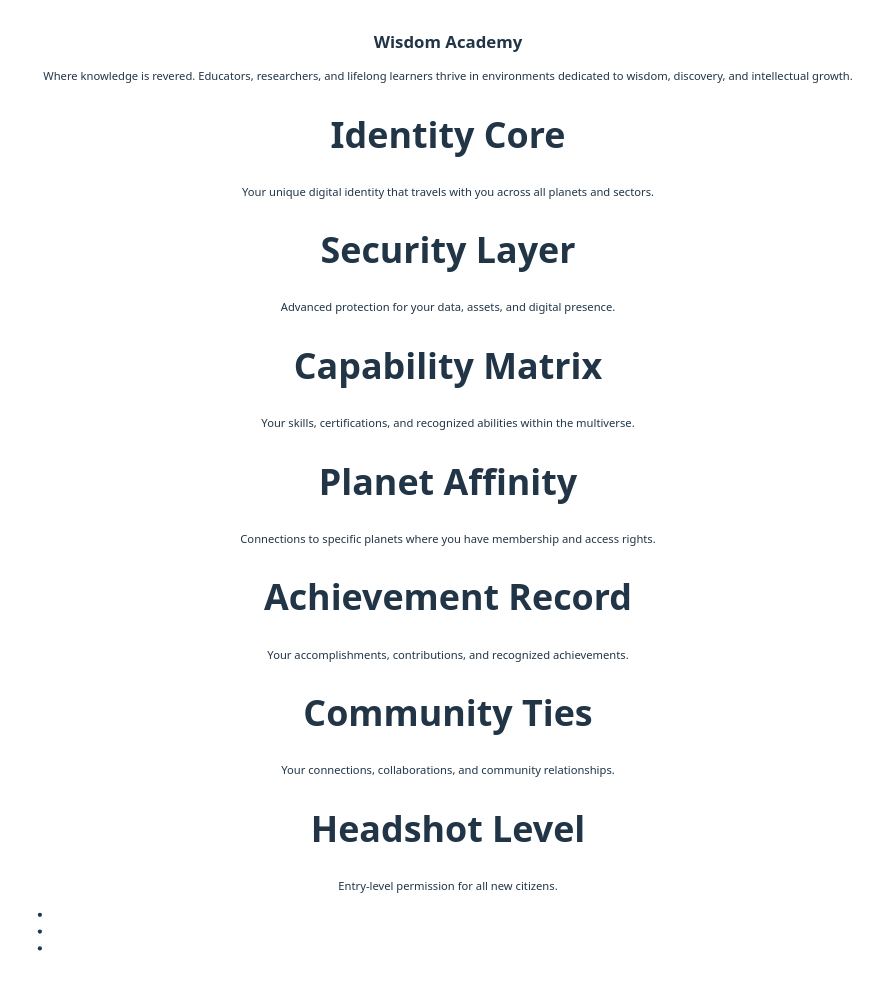
Repository: STR33T-K3Y5/LaTot
Page: /
These files come from the project's save history. The page is drawn as it stood at one moment and after a run of saves; the edit follows.
The browser window is 1280 px wide. The pictures show the part of the page from y = 3967 to 5887 px (the page is 5381 px tall before and 5887 px after), at 70% of full size.
The project was rebuilt for these pictures with package versions that can differ from the ones it lists, and the page was loaded fresh each time. Also part of the build but not shown: vite.config.js, src/pages/FindTalent.jsx.

Above is the page before, as saved 2026-01-22 02:13:01.

After the next 2 saves:
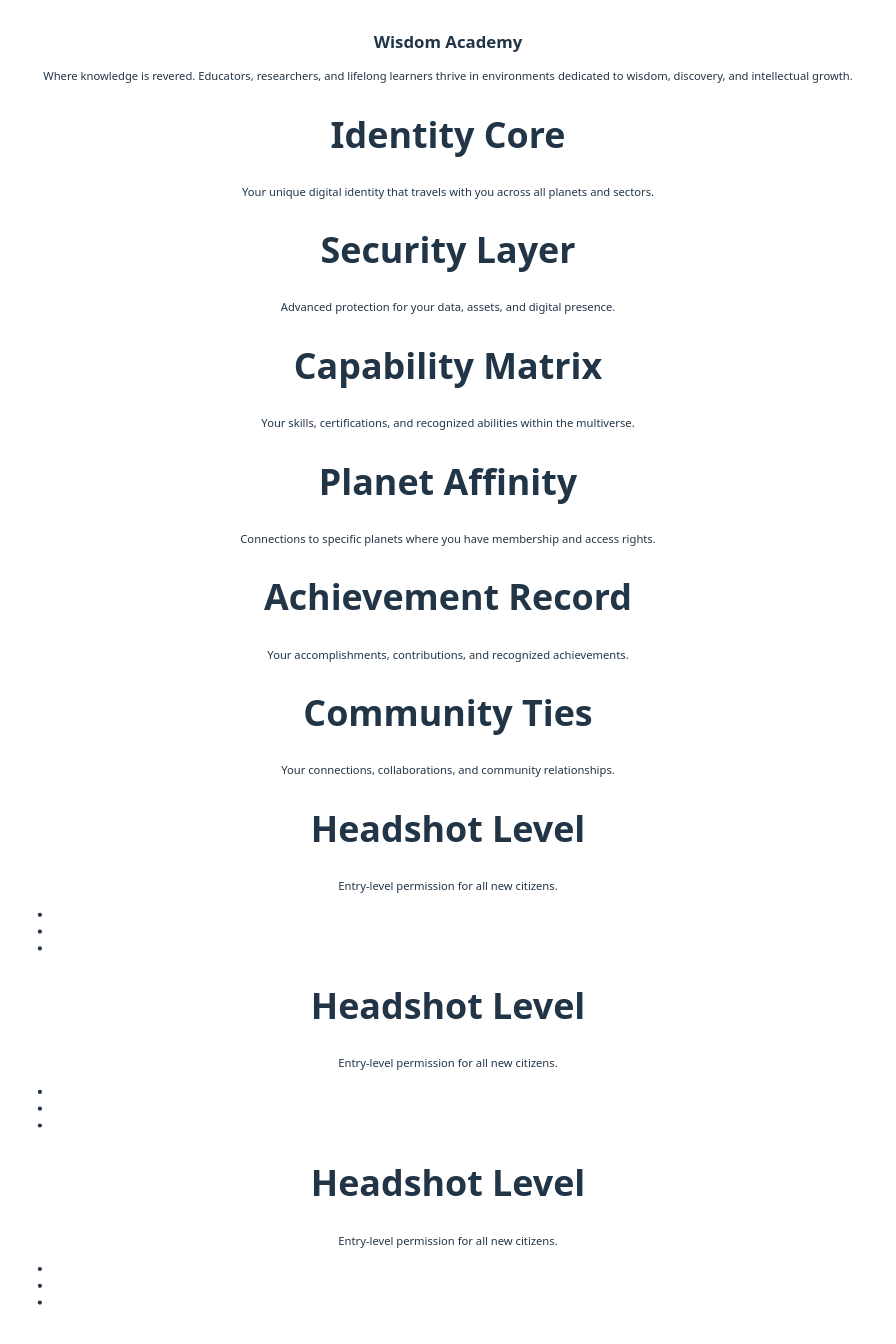
The 2 saves are shown as one change because they came seconds apart.
The last was saved 13 s later.
--- a/src/pages/Home.jsx
+++ b/src/pages/Home.jsx
@@ -170,6 +170,26 @@
               <li class="governance-item"></li>
             </ul>
           </div>
+          {/* Headshot Level */}
+          <div class="governance-item">
+            <h1 class="governance-header">Headshot Level</h1>
+            <p class="governance-description">Entry-level permission for all new citizens.</p>
+            <ul class="governance-list">
+              <li class="governance-item"></li>
+              <li class="governance-item"></li>
+              <li class="governance-item"></li>
+            </ul>
+          </div>
+          {/* Headshot Level */}
+          <div class="governance-item">
+            <h1 class="governance-header">Headshot Level</h1>
+            <p class="governance-description">Entry-level permission for all new citizens.</p>
+            <ul class="governance-list">
+              <li class="governance-item"></li>
+              <li class="governance-item"></li>
+              <li class="governance-item"></li>
+            </ul>
+          </div>
         </div>
       </section>
 
